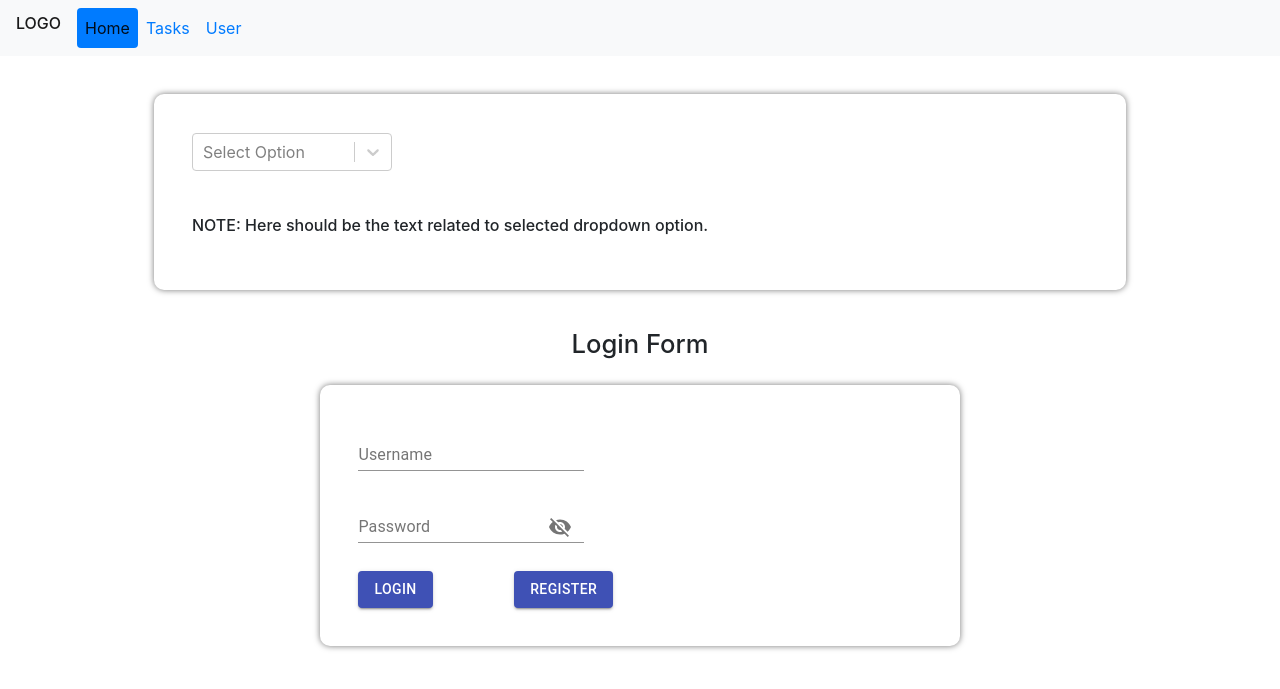
Repository: lalji-yadav/Nimapinfotech-demo-project
Page: /
The author's editor kept a copy of each file at every save. The page is drawn from the files as they stood at one save, then again after the next save.
The browser window is 1280 px wide. The pictures show the whole page.
The project was rebuilt for these pictures with package versions that can differ from the ones it lists, and the page was loaded fresh each time. Also part of the build but not shown: src/components/Tasks.js, src/components/Users.js.

Above is the page before, as saved 2021-01-18 13:47:54.

After the next save:
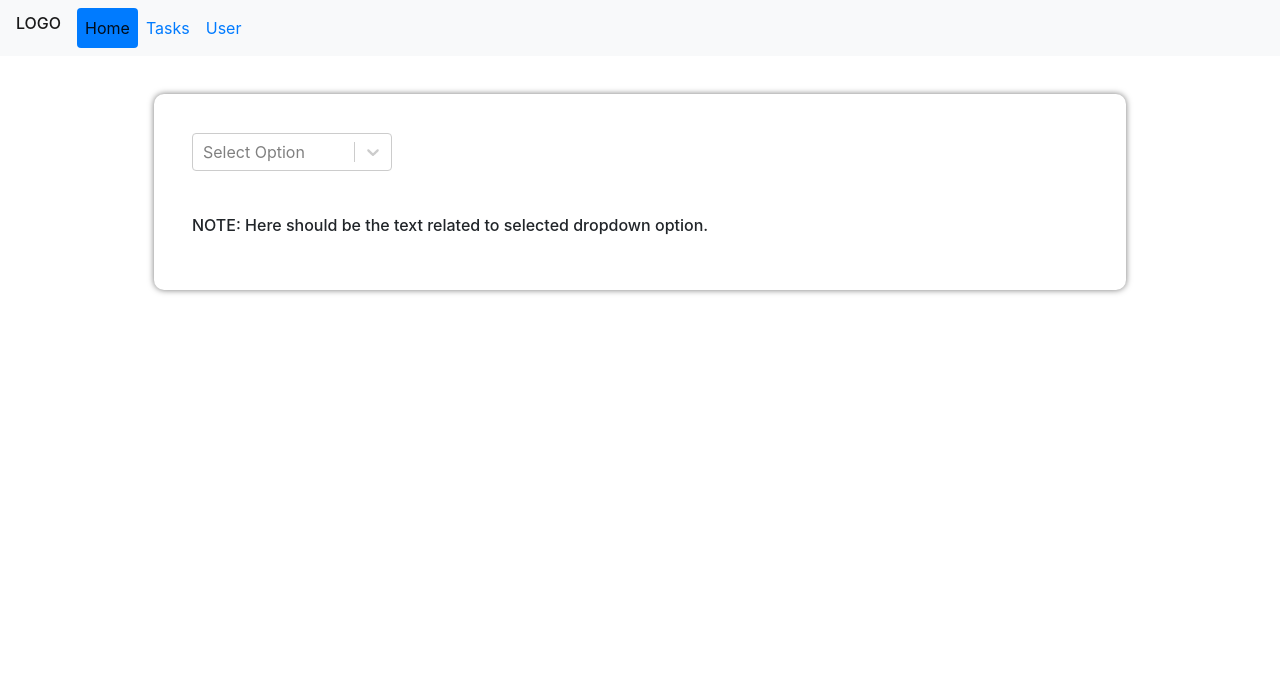
Saved 2 h 29 min later.
--- a/src/App.js
+++ b/src/App.js
@@ -8,7 +8,7 @@ function App() {
     <div>
 
      <Navbar />
-    <Login />
+    {/* <Login /> */}
 
     </div>
   );
